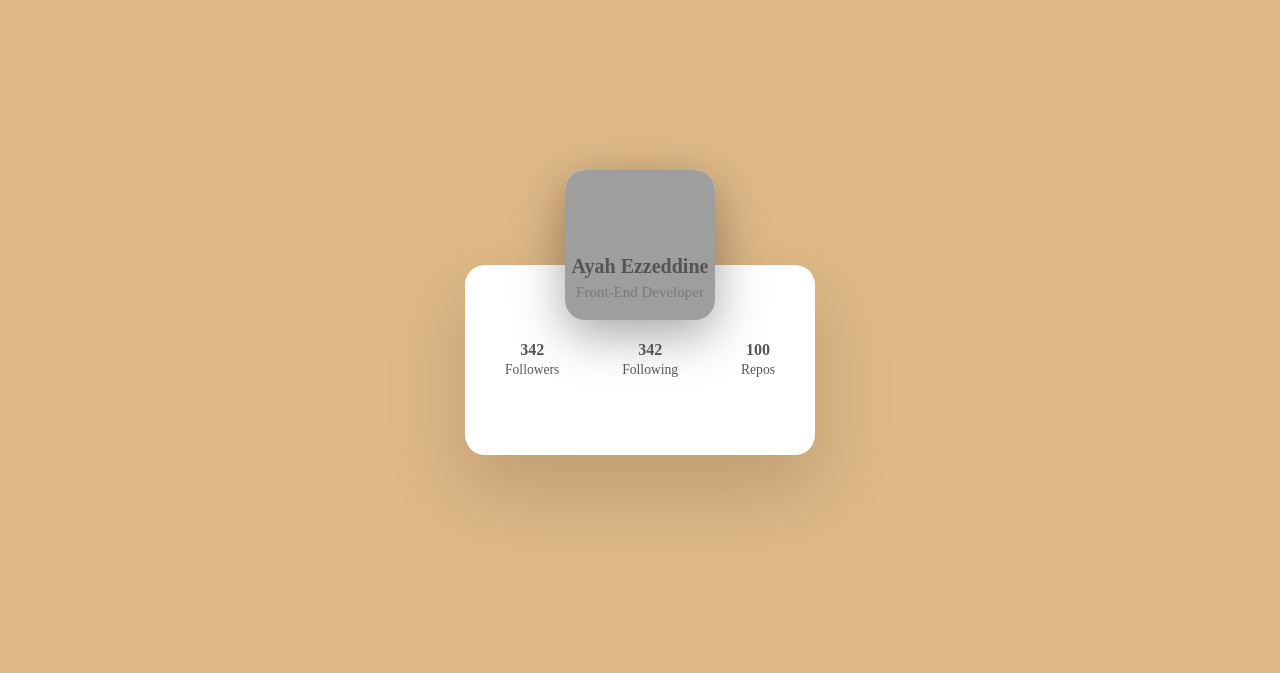
Repository: ayah1996/Github-Profiles
Page: index.html
The author's editor kept a copy of each file at every save. The page is drawn from the files as they stood at one save, then again after the next save.
The browser window is 1280 px wide. The pictures show the whole page.
Pictures or frames that could not be fetched are drawn as grey boxes. The page's requests for data from a server got no answer.

Above is the page before, as saved 2023-01-26 14:22:00.

After the next save:
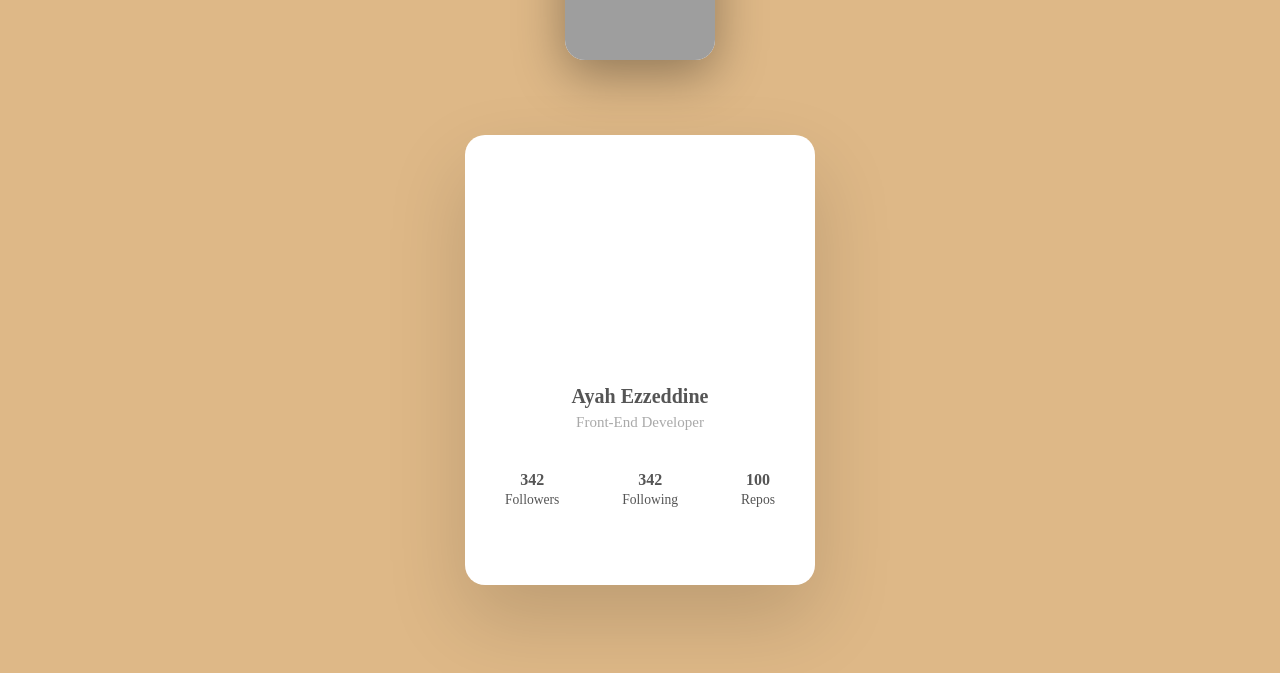
Saved 14 s later.
--- a/style.css
+++ b/style.css
@@ -17,8 +17,8 @@ body {
 .card {
   position: relative;
   width: 350px;
-  height: 190px;
-  /* height: 450px; */
+  /* height: 190px; */
+  height: 450px;
   background-color: #fff;
   border-radius: 20px;
   box-shadow: 0 35px 80px rgba(0, 0, 0, 0.15);
